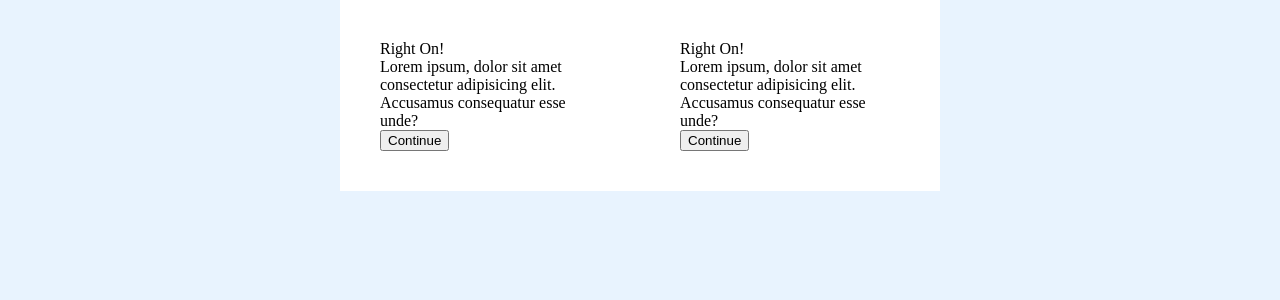
Repository: giahuy405/flash_message_BEM
Page: index.html
An editor plug-in stored every save of this project. The page is shown before and after the next save, followed by the edit.
The browser window is 1280 px wide. The pictures show the whole page.

Above is the page before, as saved 2022-09-06 02:26:57.

### index.html
<!DOCTYPE html>
<html lang="en">
<head>
    <meta charset="UTF-8">
    <meta http-equiv="X-UA-Compatible" content="IE=edge">
    <meta name="viewport" content="width=device-width, initial-scale=1.0">
    <title>Document</title>
    <link rel="stylesheet" href="css/index.css">
</head>
<body>
        <!--
        code về phần flash message và áp dụng BEM Block Element Modifier
        Ví dụ :
        Laptop là Block ( 1 khối lớn )

        Thì các Element ( thành phần ) sẽ là : keyboard, mouse, screen, touch-pad
        Block Element : Laptop__keyboard, Laptop__mouse....

        Modifer ( biến thể khác ) sẽ là : loại của chúng như to, nhỏ, hãng,...
        Block Modifier : Laptop--big, Laptop--small,
        Block Element Modifier : Laptop__keyboard--apple , Laptop__touch-pad--smooth,...
    -->
        <!-- Block: flash message
        Element: img, title, desc (description), button
        Modifier: primary, secondary

        Block 1 & block 2
        flash-message
        flash-message__img, flash-message__title, flash-message__desc, flash-message__button

        Block 1: flash-message__title--primary -->


        <div class="container">
            <div class="flash-message__padding">
                <div class="flash-message">
                    <div class="flash-message__img">

                    </div>
                    <div class="flash-message__title">
                        Right On!
                    </div>
                    <div class="flash-message__desc">
                        Lorem ipsum, dolor sit amet consectetur adipisicing elit. Accusamus consequatur esse unde?
                    </div>
                    <button class="flash-message__button">Continue</button>
                </div>
            </div>
            <div class="flash-message__padding">

                    <div class="flash-message">
                        <div class="flash-message__img">

                        </div>
                        <div class="flash-message__title">
                            Right On!
                        </div>
                        <div class="flash-message__desc">
                            Lorem ipsum, dolor sit amet consectetur adipisicing elit. Accusamus consequatur esse unde?
                        </div>
                        <button class="flash-message__button">Continue</button>
                    </div>

            </div>
             <div class="clear"></div>
        </div>

</body>
</html>

### css/index.css
*{
    box-sizing: border-box;
}
body{
    padding: 0;
    margin: 0;
    background-color: #e8f3fe;
}
.clear{
    clear: both;
}
.container{
    width: 600px;
    height: auto;
    margin: 0 auto;
}
 .flash-message__padding{
    float: left;
    width: 50%;
    background-color: white;
    padding: 40px;
}
.flash-message-padding{

}

After the next save:
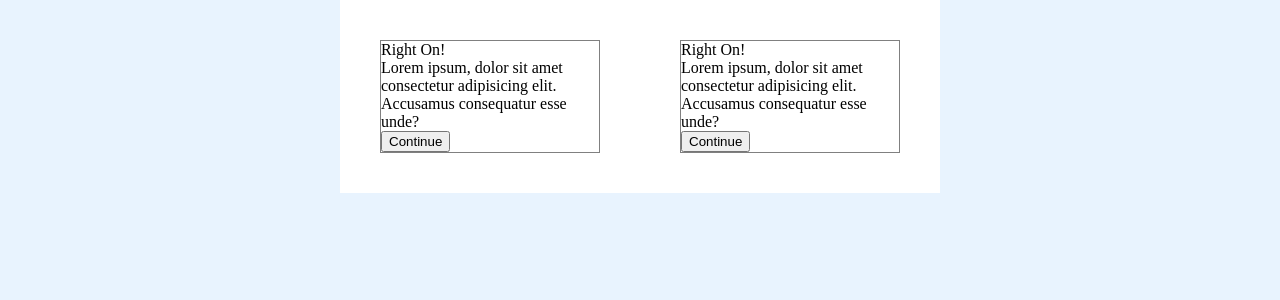
Saved 13 s later.
--- a/css/index.css
+++ b/css/index.css
@@ -20,6 +20,6 @@
     background-color: white;
     padding: 40px;
 }
-.flash-message-padding{
-
+.flash-message{
+    border: 1px solid gray;
 }
